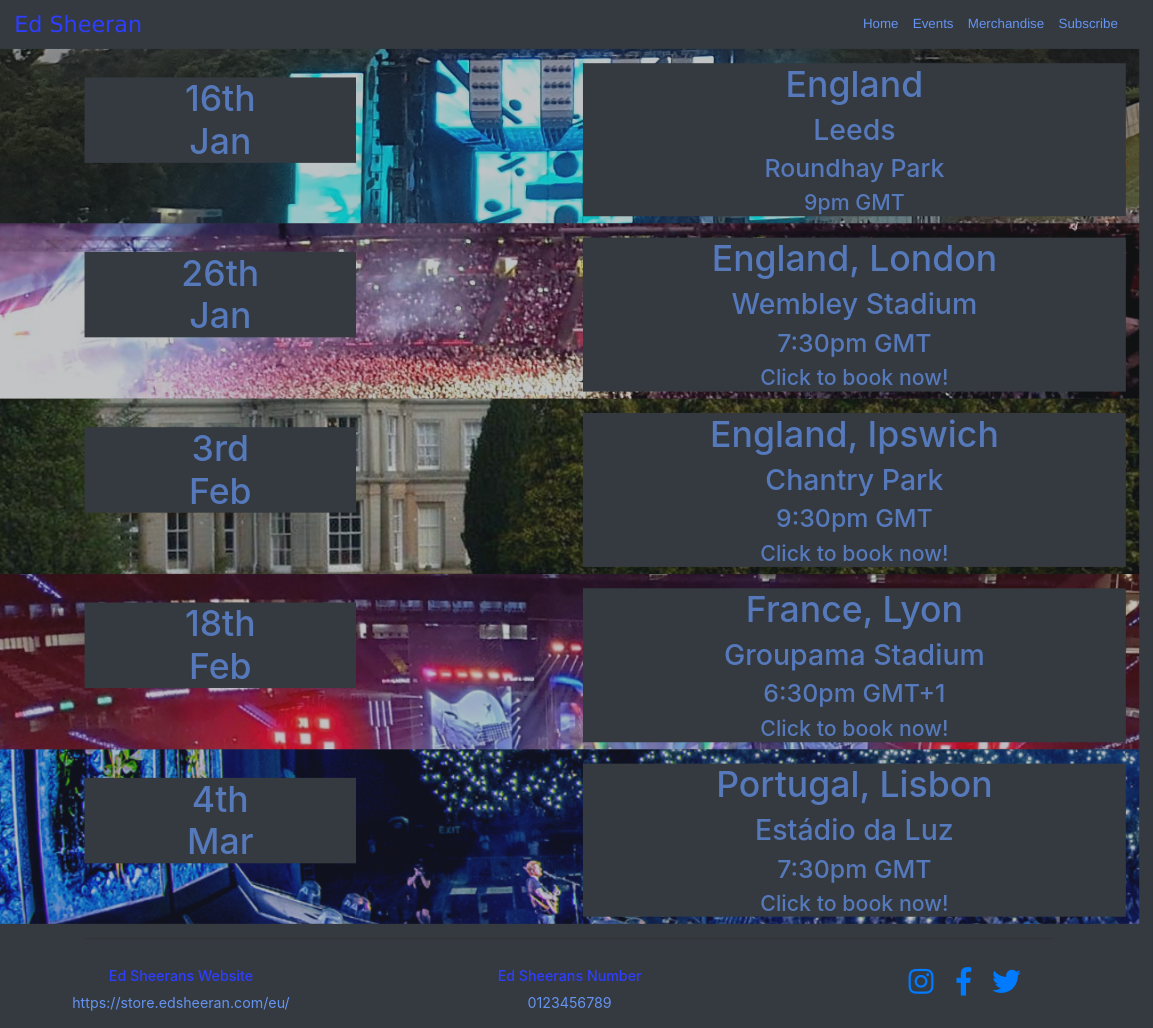
Repository: amit238/milestone-project-1
Page: events.html
The author's editor kept a record of every edit. The page is drawn from the files as they stood at one moment, then again after the next edit.
The browser window is 1280 px wide. The page is 1295 px wide, so the pictures cover 1295 px, including what lies to the right of the window. The pictures show the whole page, at 89% of full size.
Some web libraries are served in a nearby version.

Above is the page before.

### events.html
<!DOCTYPE html>
<html lang="en">

<head>
  <meta charset="UTF-8">
  <meta name="viewport" content="width=device-width, initial-scale=1.0">
  <meta http-equiv="X-UA-Compatible" content="ie=edge">
  <link rel="stylesheet" href="https://maxcdn.bootstrapcdn.com/bootstrap/4.2.1/css/bootstrap.min.css" type="text/css" />
  <link rel="stylesheet" href="https://use.fontawesome.com/releases/v5.0.10/css/all.css" integrity="sha384-+d0P83n9kaQMCwj8F4RJB66tzIwOKmrdb46+porD/OvrJ+37WqIM7UoBtwHO6Nlg" crossorigin="anonymous">
  <link rel="stylesheet" href="assets/css/style.css">
  <title>Ed Sheeran - User Centric Frontend Project</title>
</head>

<body>
  <nav class="navbar navbar-expand-lg navbar-dark bg-dark">
    <a class="edsheeran-brand">Ed Sheeran</a>
    <button type="button" class="navbar-toggler" data-toggle="collapse" data-target="#main-menu" aria-expanded="true">
                <span class="navbar-toggler-icon"></span>
            </button>
    <div id="main-menu" class="navbar-collapse collapse">
      <ul class="navbar-nav ml-auto">
        <li class="nav-item active"><a class="nav-link" href="index.html">Home</a></li>
        <li class="nav-item"><a class="nav-link" href="events.html">Events</a></li>
        <li class="nav-item"><a class="nav-link" href="merchandise.html">Merchandise</a></li>
        <li class="nav-item"><a class="nav-link" href="subscribe.html">Subscribe</a></li>
      </ul>
    </div>
  </nav>
  <div class="container-fluid">
    <a href="https://www.edsheeran.com/tour" class="hyper-colour">
    <div class="row events-leeds">
      <div class="col-6">
        <div class="events-left">
          <h1>16th<br>Jan</h1>
        </div>
      </div>
      <div class="col-6">
        <div class="events-center">
          <h1>England</h1>
          <h2>Leeds</h2>
          <h3>Roundhay Park</h3>
          <h4>9pm GMT</h4>
        </div>
      </div>
    </div>
    </a>
    <a href="https://www.edsheeran.com/tour" class="hyper-colour">
    <div class="row events-london">
      <div class="col-6">
        <div class="events-left">
          <h1>26th<br>Jan</h1>
        </div>
      </div>
      <div class="col-6">
        <div class="events-center">
          <h1>England, London</h1>
          <h2>Wembley Stadium</h2>
          <h3>7:30pm GMT</h3>
          <h4>Click to book now!</h4>
        </div>
      </div>
    </div>
    </a>
    <a href="https://www.edsheeran.com/tour" class="hyper-colour">
    <div class="row events-ipswich">
      <div class="col-6">
        <div class="events-left">
          <h1>3rd<br>Feb</h1>
        </div>
      </div>
      <div class="col-6">
        <div class="events-center">
          <h1>England, Ipswich</h1>
          <h2>Chantry Park</h2>
          <h3>9:30pm GMT</h3>
          <h4>Click to book now!</h4>
        </div>
      </div>
    </div>
    </a>
    <a href="https://www.edsheeran.com/tour" class="hyper-colour">
    <div class="row events-madrid">
      <div class="col-6">
        <div class="events-left">
          <h1>18th<br>Feb</h1>
        </div>
      </div>
      <div class="col-6">
        <div class="events-center">
          <h1>France, Lyon</h1>
          <h2>Groupama Stadium</h2>
          <h3>6:30pm GMT+1</h3>
          <h4>Click to book now!</h4>
        </div>
      </div>
    </div>
    </a>
    <a href="https://www.edsheeran.com/tour" class="hyper-colour">
    <div class="row events-lisbon">
      <div class="col-6">
        <div class="events-left">
          <h1 class="opa">4th<br>Mar</h1>
        </div>
      </div>
      <div class="col-6">
        <div class="events-center">
          <h1>Portugal, Lisbon</h1>
          <h2>Estádio da Luz</h2>
          <h3>7:30pm GMT</h3>
          <h4>Click to book now!</h4>
        </div>
      </div>
    </div>
    </a>
  </div>
  <footer>
    <hr>
    <div class="row">
      <div class="col-sm-4">
        <h6 class=footer-header>Ed Sheerans Website</h6>
        <a href="https://store.edsheeran.com/eu/" target="_blank" class=footer-p>https://store.edsheeran.com/eu/</a>
      </div>
      <div class="col-sm-4">
        <h6 class=footer-header>Ed Sheerans Number</h6>
        <p class=footer-p>0123456789</p>
      </div>
      <div class="col-sm-4">
        <ul class="list-inline social-links">
          <li class="list-inline-item"><a target="_blank" href="https://www.facebook.com"><i></i></a>
          </li>
          <li class="list-inline-item"><a target="_blank" href="https://www.instagram.com/teddysphotos/?hl=en"><i class="fab fa-instagram fa-2x fa-fw"></i></a>
            <li class="list-inline-item"><a target="_blank" href="https://en-gb.facebook.com/EdSheeranMusic"><i class="fab fa-facebook-f fa-2x fa-fw"></i></a>
              <li class="list-inline-item"><a target="_blank" href="https://twitter.com/edsheeran?lang=en"><i class="fab fa-twitter fa-2x fa-fw"></i></a>
              </li>
        </ul>
      </div>
    </div>
  </footer>
  <script src="https://code.jquery.com/jquery-3.3.1.slim.min.js" integrity="sha384-q8i/X+965DzO0rT7abK41JStQIAqVgRVzpbzo5smXKp4YfRvH+8abtTE1Pi6jizo" crossorigin="anonymous"></script>
  <script src="https://cdnjs.cloudflare.com/ajax/libs/popper.js/1.14.6/umd/popper.min.js" integrity="sha384-wHAiFfRlMFy6i5SRaxvfOCifBUQy1xHdJ/yoi7FRNXMRBu5WHdZYu1hA6ZOblgut" crossorigin="anonymous"></script>
  <script src="https://stackpath.bootstrapcdn.com/bootstrap/4.2.1/js/bootstrap.min.js" integrity="sha384-B0UglyR+jN6CkvvICOB2joaf5I4l3gm9GU6Hc1og6Ls7i6U/mkkaduKaBhlAXv9k" crossorigin="anonymous"></script>
</body>

</html>

### assets/css/style.css
body {
    background-color: #343A40;
}



/*--------------------NAVBAR--------------------*/

.navbar.navbar-expand-lg.navbar-dark.bg-dark .edsheeran-brand {
    color: #2E3EFF;
    font-family: Verdana, sans-serif;
    font-size: 25px;
    font-weight: 500;


}

.navbar.navbar-expand-lg.navbar-dark.bg-dark .nav-link {
    color: #6594F1;
    font-family: Helvetica, sans-serif;
    font-size: 15px;
    font-weight: 300;

}

/*--------------------INDEX--------------------*/

/*-------CAROUSEL--------*/

.size {
    width: 100%;
}

/*--------ABOUT--------*/

.about-card {
    margin-top: 2em;
    text-align: center;
    color: #2E3EFF;
    background-color: #343A40;
}


/*-------AUDIO-------*/

.audio-card {
    margin-top: 2em;
    text-align: center;
    color: #2E3EFF;
    background-color: #343A40;
}

/*--------ALBUM-------*/

.album-card {
    margin-top: 2em;
    text-align: center;
    color: #2E3EFF;
    background-color: #343A40;
    height: 14.8em;
}

.card-text {
    color: #6594F1;
}


/*--------------------MEDIA QUERIES_INDEX--------------------*/

/*@media screen and (min-width: 1380px) {*/

@media only screen and (max-width: 1380px) {}

/*@media only screen and (max-width: 576px) {}*/

/*--------------------FOOTER--------------------*/

footer {
    text-align: center;
}

hr {
    background: #3A3A3A;
    width: 85%;
}

.footer-header {
    color: #2E3EFF;
    margin-top: 1em;
}

.list-inline {
    margin-top: 1em;
}

.footer-p {
    color: #6594F1;
}

/*-------------------------Events-------------------------*/

.hyper-colour {
    color: #6594F1;
}

.events-left {
    text-align: center;
    margin-left: 5em;
    margin-top: 2em;
    color: #6594F1;
    background-color: #343A40;
    width: 50%;
    opacity: 1;
}


.events-center {
    text-align: center;
    margin-top: 1em;
    color: #6594F1;
    background-color: #343A40;
    width: 100%;
}


.events-leeds {
    background-image: url("../../roundhay.png");
    background-repeat: no-repeat;
    opacity: 0.7;
}

.events-leeds:hover {
    opacity: 2;
    transition-duration: 1.5s;

}


.events-london {
    background-image: url("../../wembley.png");
    background-repeat: no-repeat;
    opacity: 0.7;
}

.events-london:hover {
    opacity: 1;
    transition-duration: 1.5s;

}

.events-ipswich {
    background-image: url("../../chantry.png");
    background-repeat: no-repeat;
    opacity: 0.7;
}

.events-ipswich:hover {
    opacity: 1;
    transition-duration: 1.5s;

}

.events-madrid {
    background-image: url("../../wanda.png");
    background-repeat: no-repeat;
    opacity: 0.7;
}

.events-madrid:hover {
    opacity: 1;
    transition-duration: 1.5s;

}


.events-lyon {
    background-image: url("../../lyon.png");
    background-repeat: no-repeat;
    opacity: 0.7;
}

.events-lyon:hover {
    opacity: 1;
    transition-duration: 1.5s;

}

.events-lisbon {
    background-image: url("../../lisbon.png");
    background-repeat: no-repeat;
    opacity: 0.7;
}

.events-lisbon:hover {
    opacity: 1;
    transition-duration: 1.5s;

}

.bold {
    font-weight: 700;
}

@media only screen and (max-width: 599px) {
    .events-left {
        width: 100%;
        margin-left: 0em;
    }
    .events-center {
        width: 100%;
        margin-top: 1em;
    }
}

@media only screen and (max-width: 365px) {
    h1 {
        font-size: 25px;
    }
    h2 {
        font-size: 25px;
    }
    h3 {
        font-size: 25px;
    }
}

/*-------------------------Merchandise-------------------------*/

.card-title {
    color: #2E3EFF;
}

.card-merch {
    background-color: #343A40;
    text-align: center;
}

.merchandise {
    text-align: center;
    color: #2E3EFF;
    font-weight: 600;
    margin: 1em;
}

.best-sellers {
    text-align: center;
    color: #6594F1;
    font-weight: 400;
    margin: 1em;
}

.latest-release {
    text-align: center;
    color: #6594F1;
    font-weight: 400;
    margin: 1em;
}

@media only screen and (max-width: 768px) {
    .card-merch {
        margin: 1em;
    }
}


/*-------------------------Subscribe-------------------------*/


.sub-background {
    background-image: url("../../ed-sheeran-singing.jpg");
    background-repeat: no-repeat;
    background-position: top;
    opacity: 0.7;
    height: 55em;
}

.sub-form {
    margin-top: 14em;
}

.form {
    padding: 1em;
}

.sub-btn {
    text-align: center;
    padding-bottom: 1em;
}

.sub-head {
    text-align: center;
    font-size: 50px;
    padding: 20px;
    margin-top: 5em;
    background-color: #2E3EFF;
}

.sub-para {
    text-align: center;
    font-size: 25px;
    background-color: #6594F1;
}

.sub-background2 {
    background-image: url("../../ed-sheeran-guitar.jpg");
    background-repeat: no-repeat;
    background-position: top center;
    opacity: 0.7;
    height: 55em;
}

.sub-issue {
    text-align: center;
    font-size: 22px;
    margin-top: 17em;
}

.blue {
    background-color: #2E3EFF;
}

.lg-blue {
     background-color: #6594F1;
}

.sub-li {
    text-align: center;
    font-size: 22px;
    margin-top: 13em;
}

.phone-li {
    margin: 1em;
    background-color: #6594F1;
}

.email-li {
    margin: 1em;
    background-color: #6594F1;
}

.mail-li {
    margin: 1em;
    background-color: #6594F1;
}

.sub-map {
    text-align: center;
    margin-top: 17em;
}


.sub-footer {
    margin-top: 2em;
}


@media only screen and (max-width: 768px) {
    .sub-form {
        margin-top: 0em;
    }
    .sub-head {
        margin-top: 0em;
    }
    .form {
        padding-bottom: 2em;
    }
}

@media only screen and (max-width: 1200px) {
    .sub-background2 {
        height: 60em;
    }
    .sub-issue {
        margin-top: 1em
    }
    .sub-li {
        margin-top: 1em;
    }
    .sub-map {
        margin-top: 1em
    }
}

@media only screen and (max-width: 435px) {
    .sub-map {
        display: none;
    }

    .sub-background {
        height: 75%;
    }

    .sub-li {
        margin-bottom: 15em;
    }
}


.sub-background:hover {
    opacity: 1;
    transition-duration: 2s;

}

.sub-background2:hover {
    opacity: 1;
    transition-duration: 2s;

}

After the next edit:
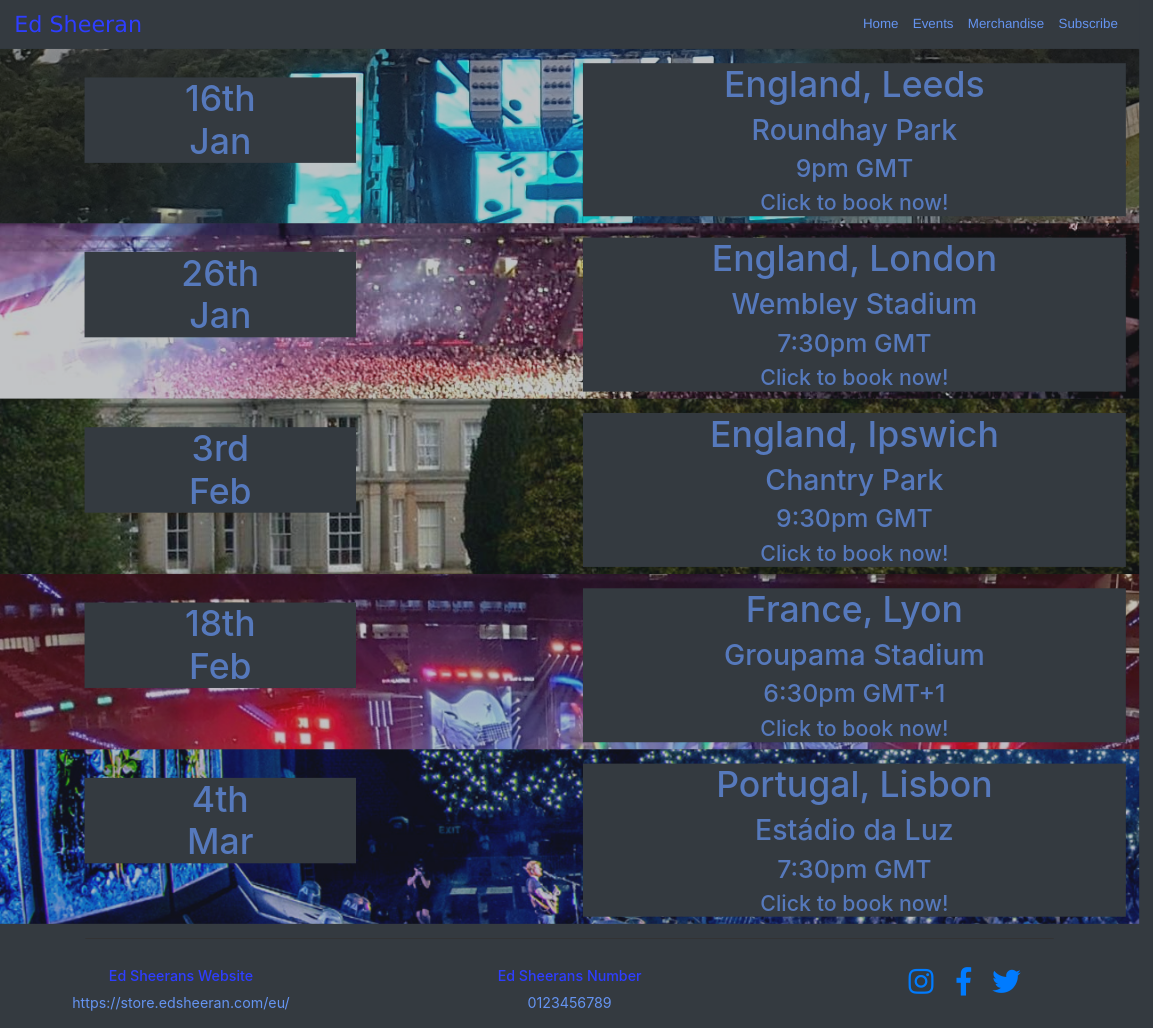
The edit:
--- a/events.html
+++ b/events.html
@@ -36,10 +36,10 @@
       </div>
       <div class="col-6">
         <div class="events-center">
-          <h1>England</h1>
-          <h2>Leeds</h2>
-          <h3>Roundhay Park</h3>
-          <h4>9pm GMT</h4>
+          <h1>England, Leeds</h1>
+          <h2>Roundhay Park</h2>
+          <h3>9pm GMT</h3>
+          <h4>Click to book now!</h4>
         </div>
       </div>
     </div>
